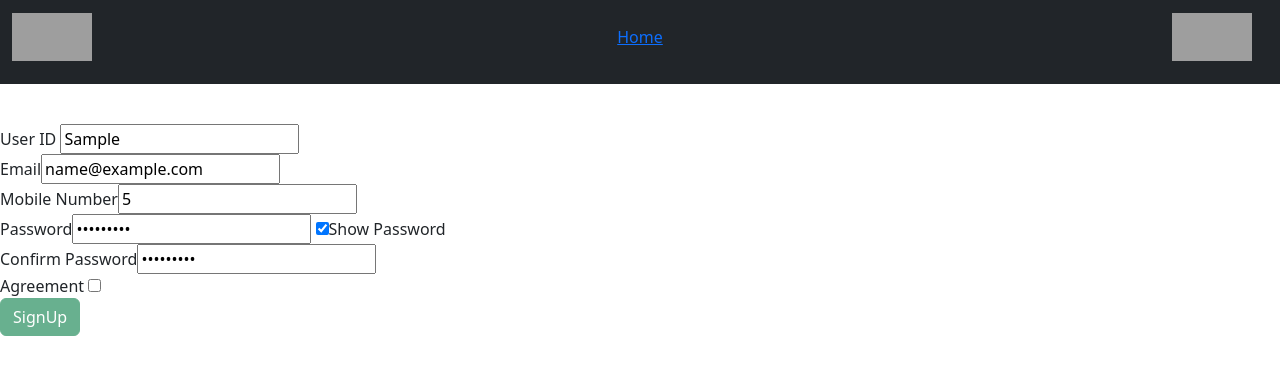
Repository: Rudreshwarhiremath/Projects-cm
Page: http://localhost/xworkz-rudra-cm/signUp.jsp
These files come from the project's save history. The page is drawn as it stood at one moment and after the next save; the edit follows.
The browser window is 1280 px wide. The pictures show the whole page.
Empty fields were first filled with sample values (such as "Sample", 5 or name@example.com).
After loading, the first visible `input[onclick="myFunction()"]` was clicked once.
Pictures or frames that could not be fetched are drawn as grey boxes. The page is served by Tomcat 9.

Above is the page before, as saved 2023-03-28 18:15:56.
Console error: TypeError: Cannot read properties of null (reading 'type')

After the next save:
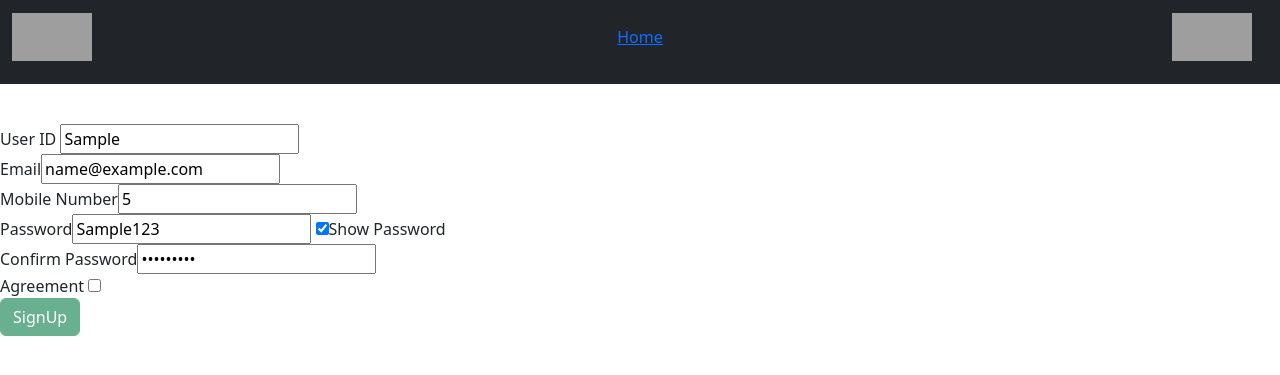
The error is gone.
Saved 106 s later.
--- a/xworkz-rudra-cm/src/main/webapp/signUp.jsp
+++ b/xworkz-rudra-cm/src/main/webapp/signUp.jsp
@@ -59,7 +59,7 @@ Agreement <input type="checkbox" name="agreement" id="agreementConform" onclick=
 <h4 style="color: red;">${password}</h4>
 <script>
 function myFunction() {
-	  var x = document.getElementById("myInput");
+	  var x = document.getElementById("userPassword");
 	  if (x.type === "password") {
 	    x.type = "text";
 	  } else {
